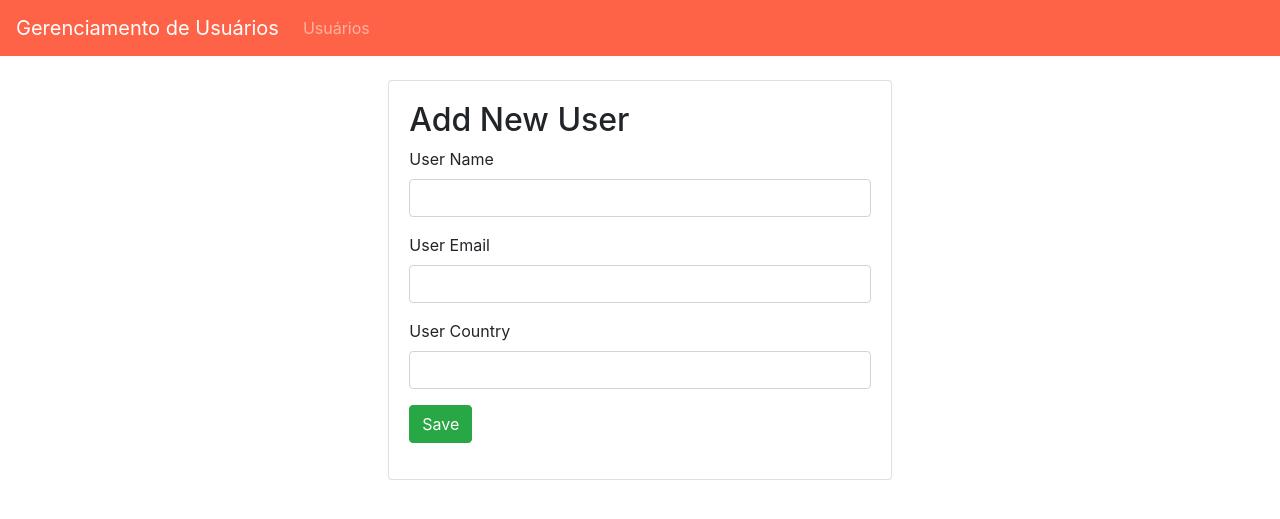
Repository: diegosena7/EstudosJSP
Page: http://localhost/CRUD/new
An editor plug-in stored every save of this project. The page is shown before and after the next save, followed by the edit.
The browser window is 1280 px wide. The pictures show the whole page.
The page is served by Tomcat 9.

Above is the page before, as saved 2021-07-04 17:24:42.

After the next save:
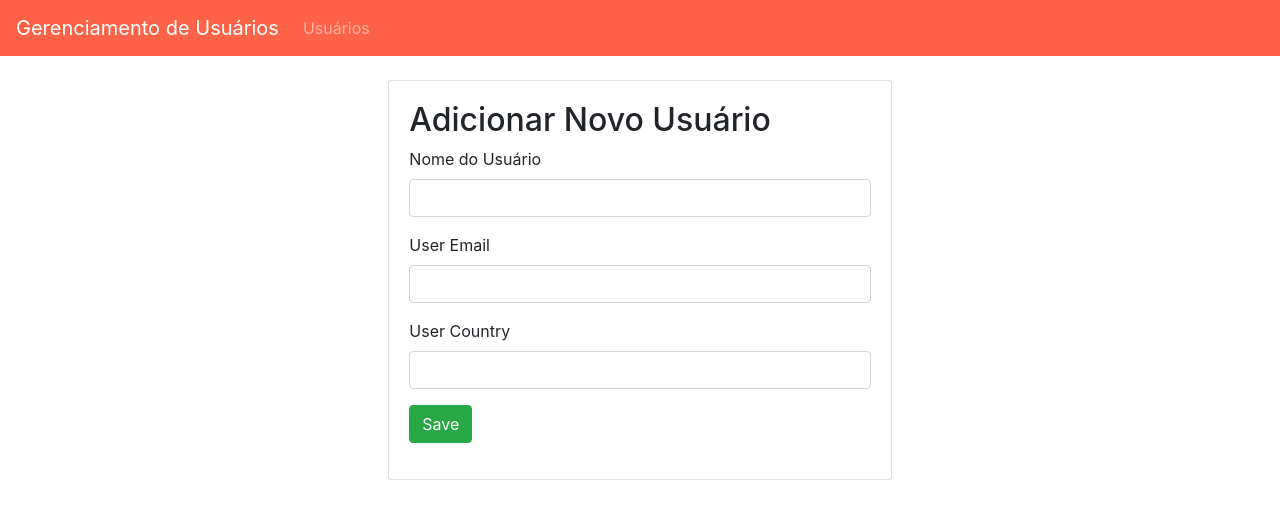
Saved 91 s later.
--- a/CRUD/WebContent/user-form.jsp
+++ b/CRUD/WebContent/user-form.jsp
@@ -36,10 +36,10 @@
 				<caption>
 					<h2>
 						<c:if test="${user != null}">
-            			Edit User
+            			Editar Usuário
             		</c:if>
 						<c:if test="${user == null}">
-            			Add New User
+            			Adicionar Novo Usuário
             		</c:if>
 					</h2>
 				</caption>
@@ -49,7 +49,7 @@
 				</c:if>
 
 				<fieldset class="form-group">
-					<label>User Name</label> <input type="text"
+					<label>Nome do Usuário</label> <input type="text"
 						value="<c:out value='${user.name}' />" class="form-control"
 						name="name" required="required">
 				</fieldset>
